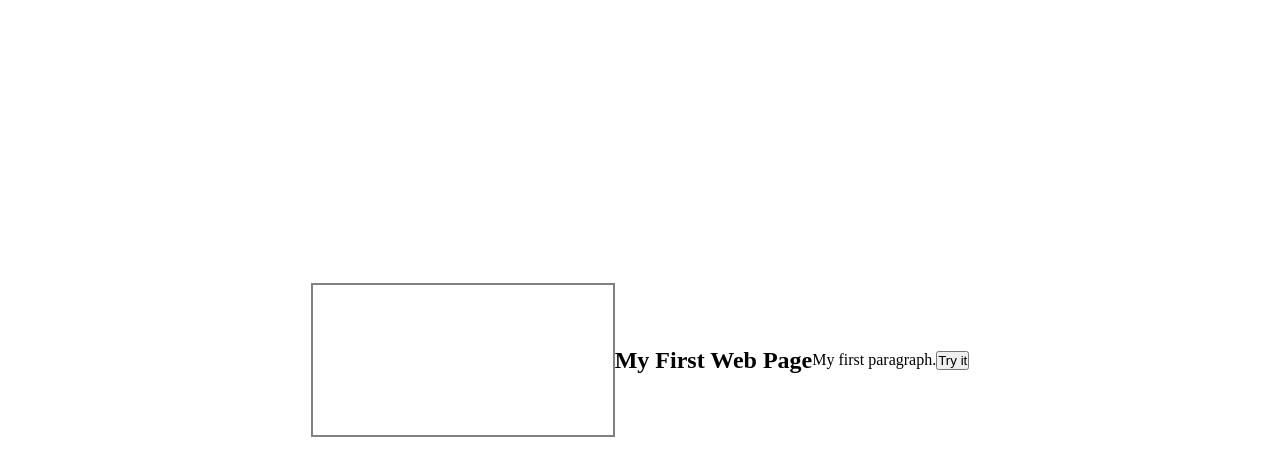
Repository: btgoo/game
Page: car.html
The author's editor kept a copy of each file at every save. The page is drawn from the files as they stood at one save, then again after a run of saves.
The browser window is 1280 px wide. The pictures show the whole page.

Above is the page before, as saved 2025-10-25 15:27:19.
Console error: SyntaxError: Unexpected token ')'

After the next 4 saves:
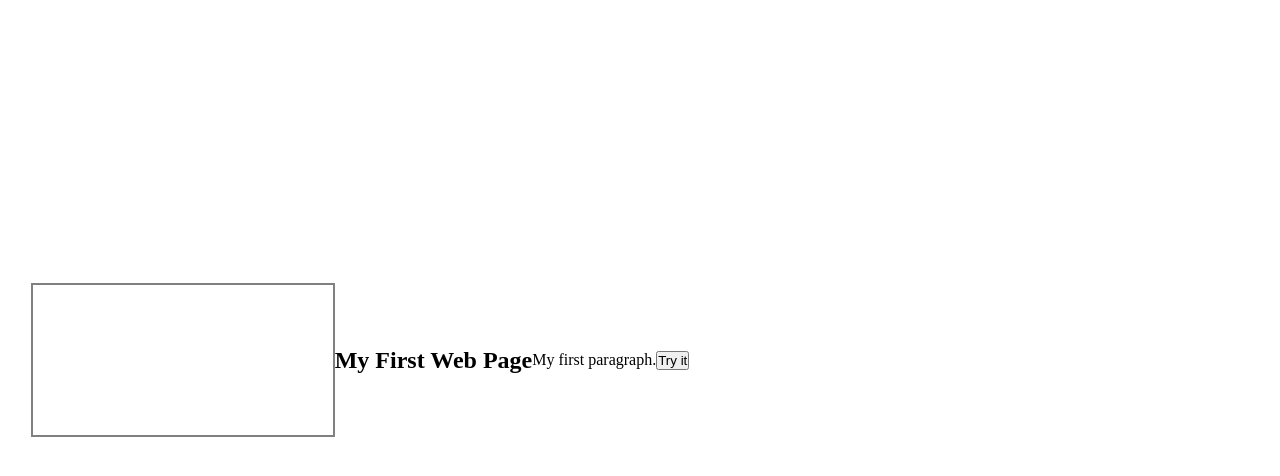
The 4 saves are shown as one change because they came seconds apart.
The last was saved 57 s later.
--- a/car_style.css
+++ b/car_style.css
@@ -7,6 +7,7 @@ body{
     align-items: center;
     justify-content: center;
     height: 100vh;
+    width: 100vh;
 
     user-select: none;
     touch-action: none;
